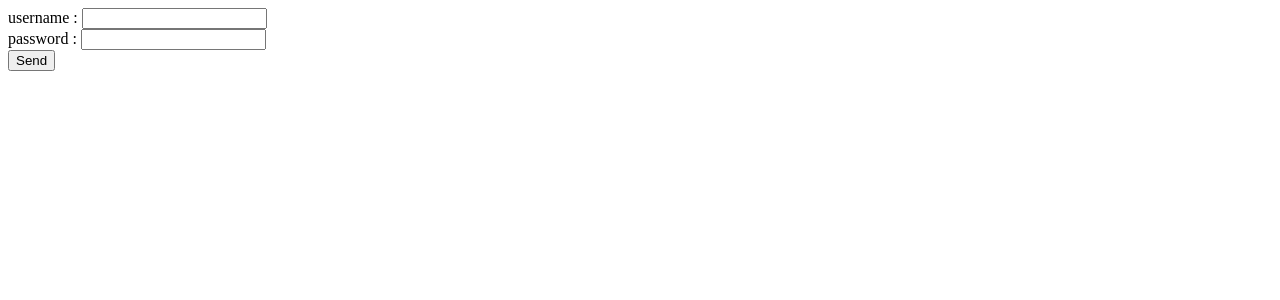
Repository: Aylin-NL/Webtech
Page: webtech1/WebContent/Login.html
These files come from the project's save history. The page is drawn as it stood at one moment and after the next save; the edit follows.
The browser window is 1280 px wide. The pictures show the whole page.

Above is the page before, as saved 2014-09-02 20:37:48.

### webtech1/WebContent/Login.html
<!DOCTYPE html>
<html>
<head>
<meta charset="ISO-8859-1">

<title>Login</title>
</head>
	<body>
		<form action = "">
		username  : <input type="text" name="username"> <br>
		password  : <input type="password" name="password">
		</form>

		<form method = post>
			<input type="submit" name="submit" value="Send">
		</form>

	</body>
</html>

After the next save:
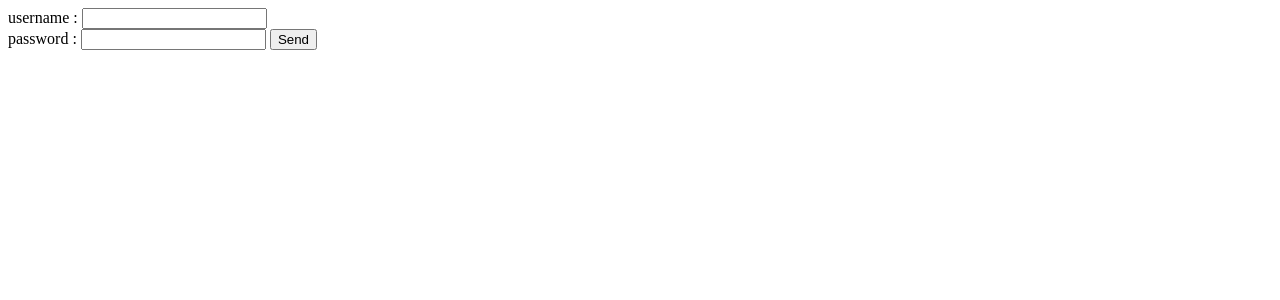
Saved 2 min 8 s later.
--- a/webtech1/WebContent/Login.html
+++ b/webtech1/WebContent/Login.html
@@ -6,12 +6,9 @@
 <title>Login</title>
 </head>
 	<body>
-		<form action = "">
-		username  : <input type="text" name="username"> <br>
-		password  : <input type="password" name="password">
-		</form>
-
-		<form method = post>
+		<form action="./Login" method="post">
+			username  : <input type="text" name="username"> <br>
+			password  : <input type="password" name="password">
 			<input type="submit" name="submit" value="Send">
 		</form>
 
